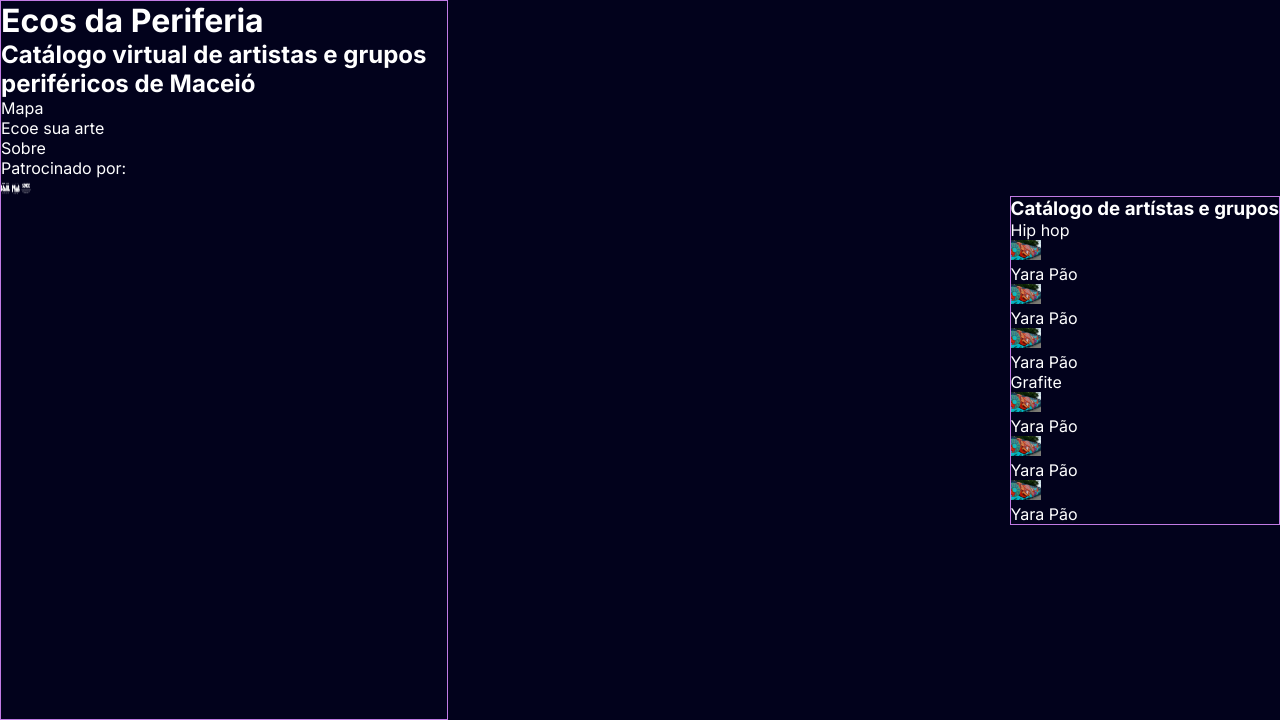
Repository: lucasthaynan/ecos-da-periferia
Page: index.html
An editor plug-in stored every save of this project. The page is shown before and after the next save, followed by the edit.
The browser window is 1280 px wide. The pictures show the whole page.

Above is the page before, as saved 2025-11-11 17:40:54.

After the next save:
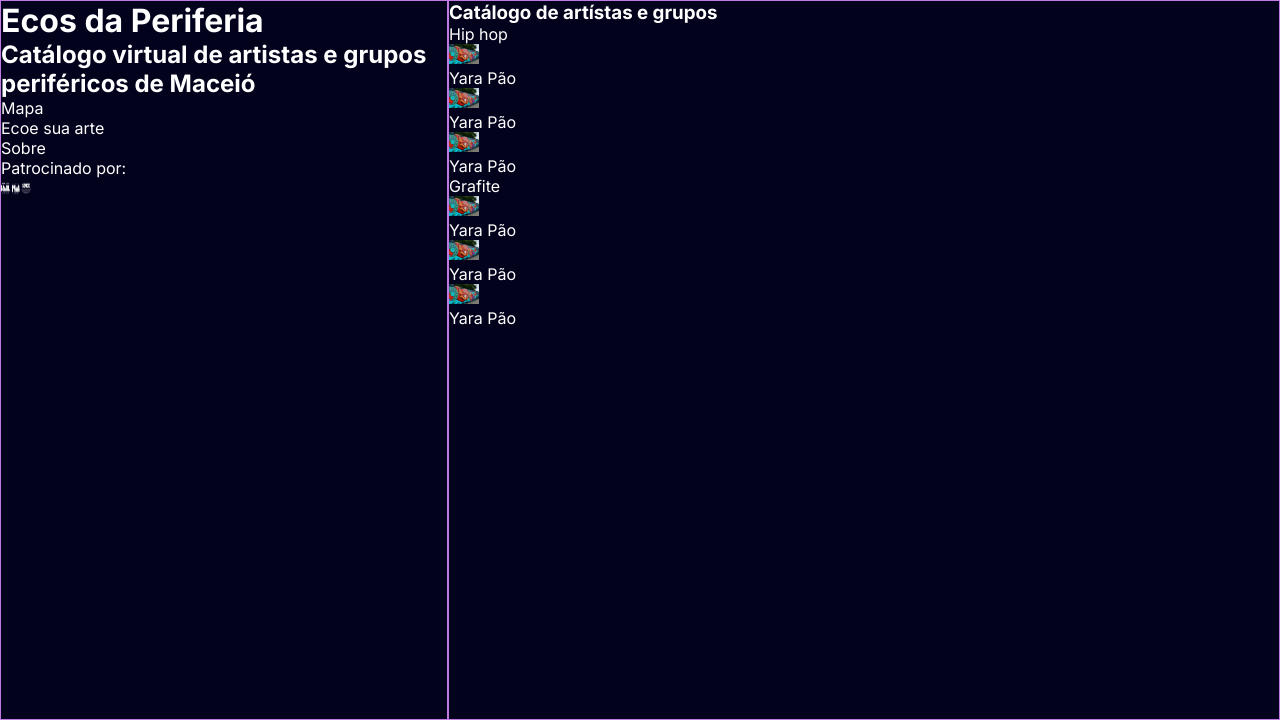
Saved 23 s later.
--- a/style.css
+++ b/style.css
@@ -39,3 +39,8 @@
     width: 35vw;
     height: 100vh;
 }
+
+section {
+    width: 65vw;
+    height: 100vh;
+}
